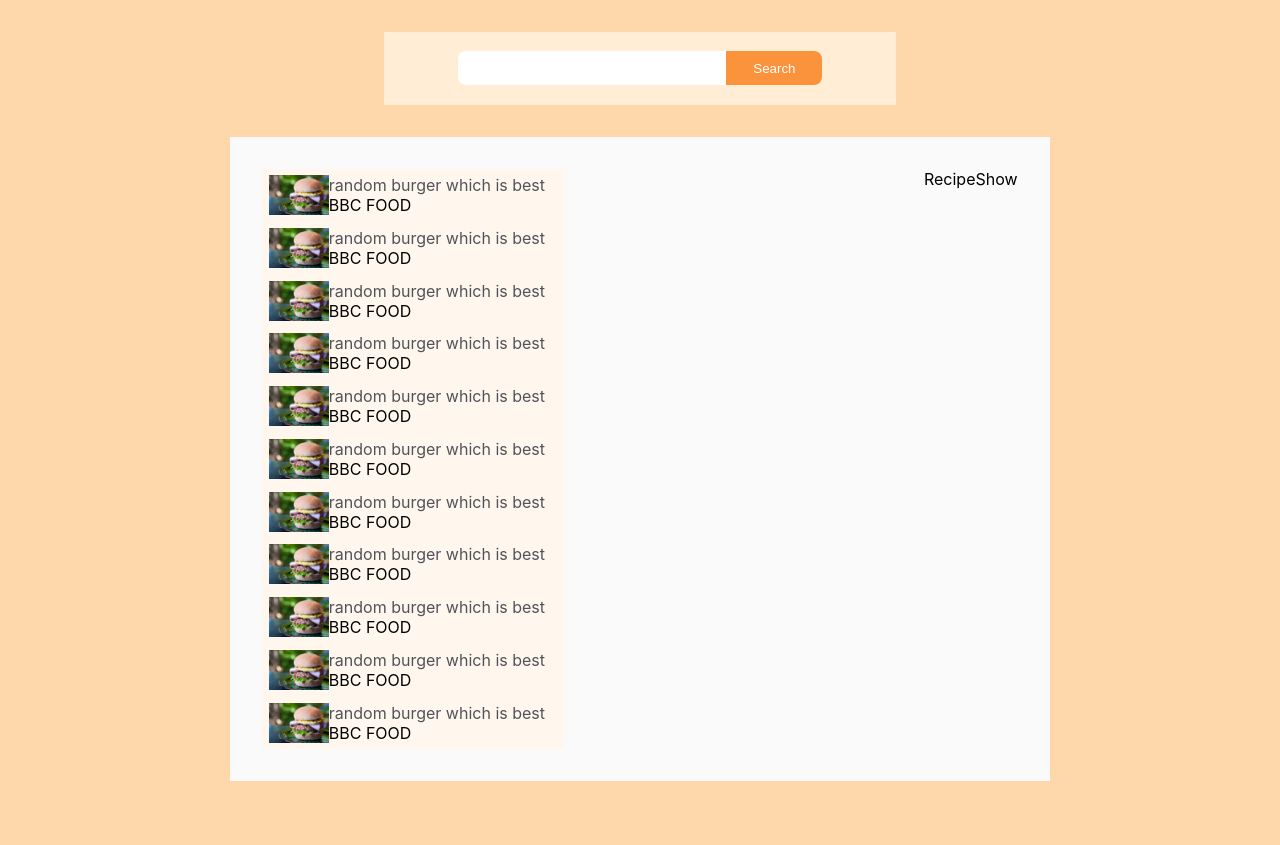
Repository: sandipkarmokar/recipeApp
Page: /
An editor plug-in stored every save of this project. The page is shown before and after the next save, followed by the edit.
The browser window is 1280 px wide. The pictures show the whole page.
The project was rebuilt for these pictures with package versions that can differ from the ones it lists, and the page was loaded fresh each time.

Above is the page before, as saved 2022-04-16 12:16:57.

### src/App.js
import { useState } from 'react';
import './App.css';
import SearchBar from './components/searchBar';
import ListView from './components/listView';
import RecipeShow from './components/recipeShow';

const App = () => {
    const [query, setQuery] = useState('');
    const [recipeList, setRecipeList] = useState([]);
    const [isLoading, setIsLoading] = useState(true);
    const [recipeId, setRecipeId] = useState('');

    const url = `https://forkify-api.herokuapp.com/api/search?q=${query}`;
    const recipeUrl = `https://forkify-api.herokuapp.com/api/get?rId=${recipeId}`;

    return (
        <div className="app">
            <div className="app-container">
                <SearchBar></SearchBar>
                <div className="recipe-modal">
                    <ListView></ListView>
                    <RecipeShow></RecipeShow>
                </div>
            </div>
        </div>
    );
};

export default App;

### src/App.css
* {
    margin: 0;
    padding: 0;
    box-sizing: border-box;
}

.app {
    height: 100%;
    width: 100vw;
    background-color: #fed7aa;
}

.app .app-container {
    margin: 0 auto;
    width: 80%;
    padding: 2rem 0;
    display: flex;
    justify-content: center;
    flex-direction: column;
}

.app .app-container .searchBar {
    width: 50%;
    background-color: #ffedd5;
    padding: 1.2rem 1rem;
    margin: 0 auto;
    width: 50%;
    display: flex;
    justify-content: center;
}
.app .app-container .searchBar .searchBar-container {
    width: 80%;
    margin: 0 auto;
    display: flex;
    justify-content: center;
}
.app .app-container .searchBar .searchBar-container input {
    width: 70%;
    padding: 0.4rem 1rem;
    border: none;
    border-radius: 0.5rem 0 0 0.5rem;
}

.app .app-container .searchBar .searchBar-container button {
    width: 25%;
    padding: 0.6rem 1rem;
    background-color: #fb923c;
    border: none;
    color: #fff;
    border-radius: 0 0.5rem 0.5rem 0;
}

.app .app-container .recipe-modal {
    width: 80%;
    background-color: #fafafa;
    margin: 2rem auto;
    display: flex;
    justify-content: space-between;
    padding: 2rem;
}

.app .app-container .recipe-modal .recipeList {
    width: 40%;
}

.app
    .app-container
    .recipe-modal
    .recipeList
    .recipeList-container
    .recipe-item {
    display: flex;
    background-color: #fff7ed;
    padding: 0.4rem;
}
.app
    .app-container
    .recipe-modal
    .recipeList
    .recipeList-container
    .recipe-item
    img {
    height: 40px;
}
.app
    .app-container
    .recipe-modal
    .recipeList
    .recipeList-container
    .recipe-item
    .info {
    display: flex;
    flex-direction: column;
}
.app
    .app-container
    .recipe-modal
    .recipeList
    .recipeList-container
    .recipe-item
    .info
    .title {
    color: #52525b;
    font-size: 1rem;
}

### src/components/searchBar.js
import React from 'react';

const SearchBar = () => {
    return (
        <div className="searchBar">
            <form className="searchBar-container">
                <input type="text" />
                <button type="submit">Search</button>
            </form>
        </div>
    );
};

export default SearchBar;

### src/components/listView.js
import React from 'react';
import data from './data';

const ListView = () => {
    return (
        <div className="recipeList">
            <div className="recipeList-container">
                {data.map((el) => {
                    console.log(data);
                    return (
                        <div className="recipe-item">
                            <img src={el.img} alt="" />
                            <div className="info">
                                <p className="title">{el.title}</p>
                                <p className="publisher">{el.publisher}</p>
                            </div>
                        </div>
                    );
                })}
            </div>
        </div>
    );
};

export default ListView;

### src/components/recipeShow.js
import React from 'react';

const RecipeShow = () => {
    return <div>RecipeShow</div>;
};

export default RecipeShow;

### src/components/data.js
import image from '../components/food.jpg';

const data = [
    {
        id: 1,
        img: image,
        title: 'random burger which is best',
        publisher: 'BBC FOOD',
    },
    {
        id: 1,
        img: image,
        title: 'random burger which is best',
        publisher: 'BBC FOOD',
    },
    {
        id: 1,
        img: image,
        title: 'random burger which is best',
        publisher: 'BBC FOOD',
    },
    {
        id: 1,
        img: image,
        title: 'random burger which is best',
        publisher: 'BBC FOOD',
    },
    {
        id: 1,
        img: image,
        title: 'random burger which is best',
        publisher: 'BBC FOOD',
    },
    {
        id: 1,
        img: image,
        title: 'random burger which is best',
        publisher: 'BBC FOOD',
    },
    {
        id: 1,
        img: image,
        title: 'random burger which is best',
        publisher: 'BBC FOOD',
    },
    {
        id: 1,
        img: image,
        title: 'random burger which is best',
        publisher: 'BBC FOOD',
    },
    {
        id: 1,
        img: image,
        title: 'random burger which is best',
        publisher: 'BBC FOOD',
    },
    {
        id: 1,
        img: image,
        title: 'random burger which is best',
        publisher: 'BBC FOOD',
    },
    {
        id: 1,
        img: image,
        title: 'random burger which is best',
        publisher: 'BBC FOOD',
    },
];

export default data;

Loaded but not shown: public/index.html (common file); src/index.js (common file); src/index.css (common file); src/reportWebVitals.js (common file)

After the next save:
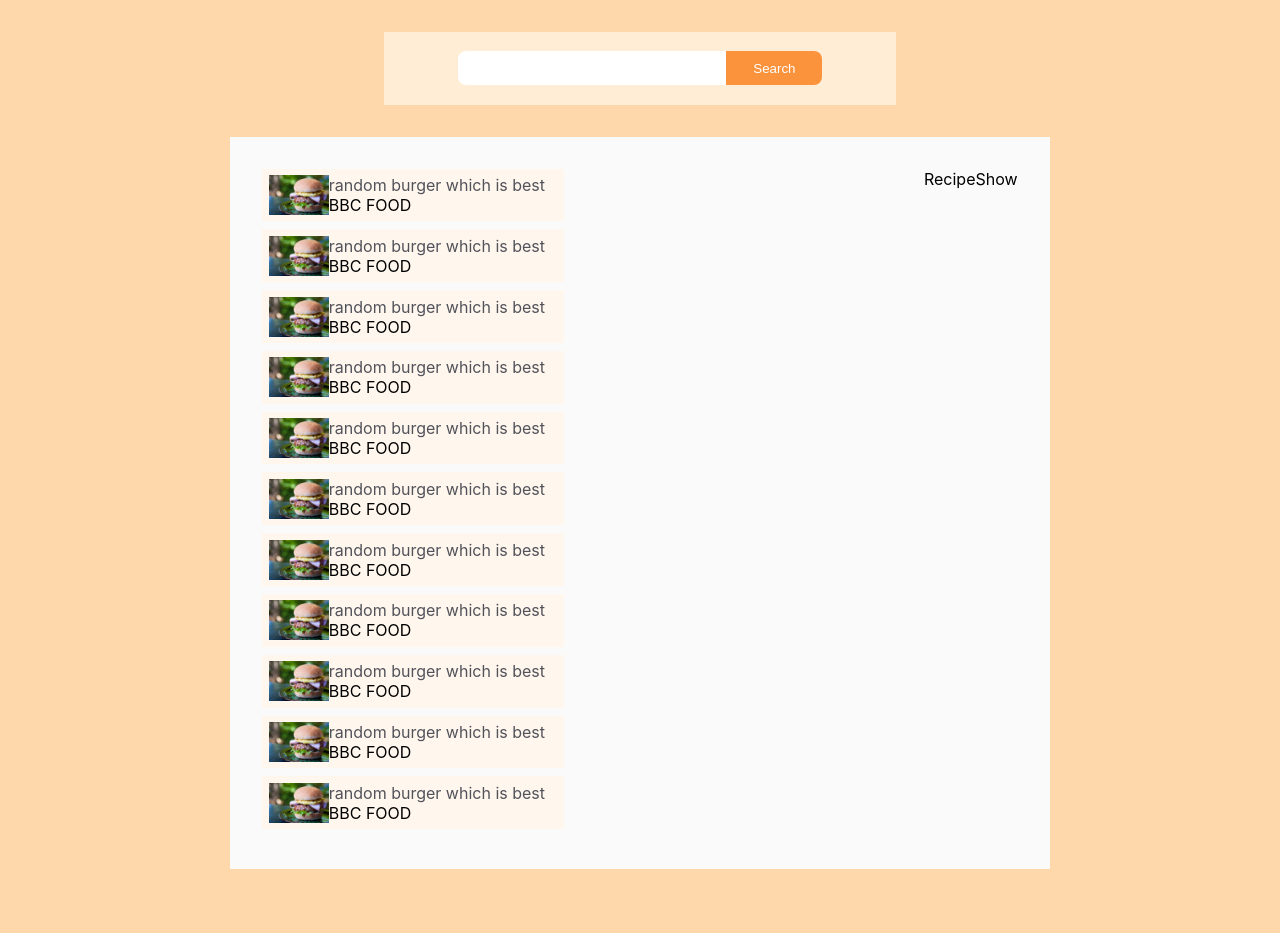
Saved 14 s later.
--- a/src/App.css
+++ b/src/App.css
@@ -72,6 +72,7 @@
     display: flex;
     background-color: #fff7ed;
     padding: 0.4rem;
+    margin-bottom: 0.5rem;
 }
 .app
     .app-container
